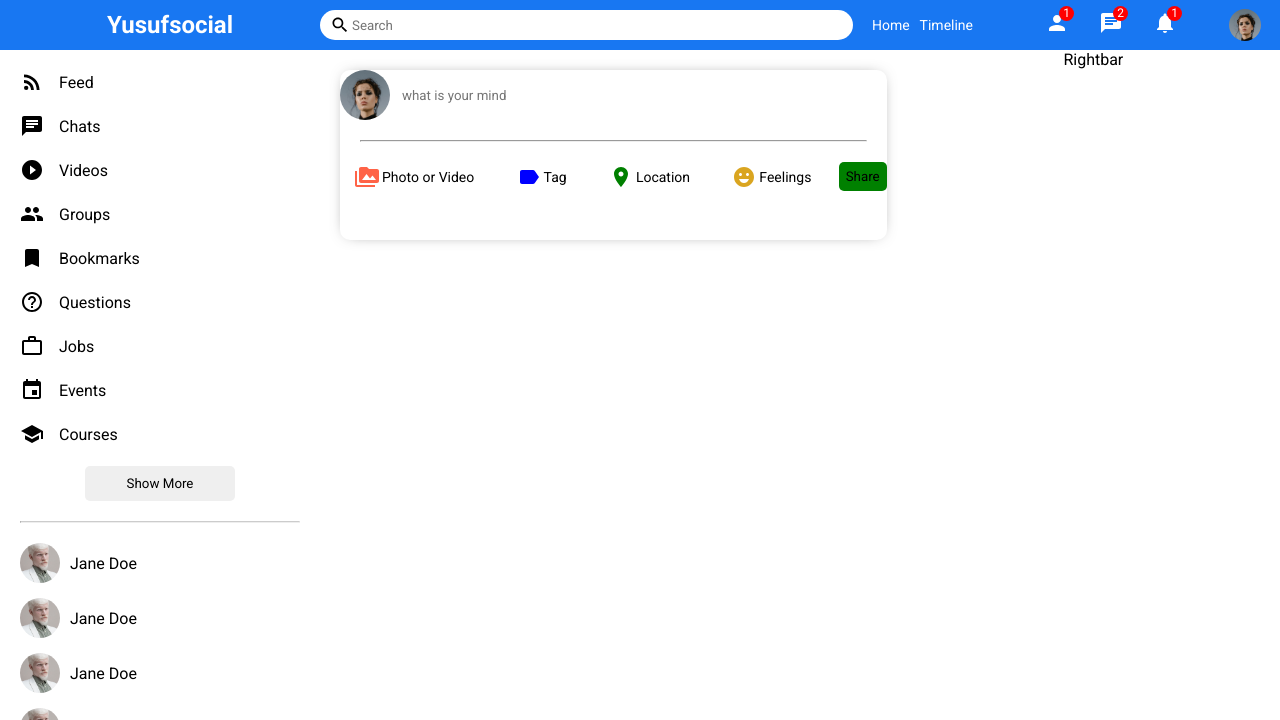
Repository: sevilgenysf/socialmediaapp
Page: /
The author's editor kept a copy of each file at every save. The page is drawn from the files as they stood at one save, then again after the next save.
The browser window is 1280 px wide. The pictures show the whole page.
The project was rebuilt for these pictures with package versions that can differ from the ones it lists, and the page was loaded fresh each time.

Above is the page before, as saved 2022-02-17 10:17:38.

### public/index.html
<!DOCTYPE html>
<html lang="en">

<head>
	<meta charset="utf-8" />
	<meta name="viewport" content="width=device-width, initial-scale=1" />
	<meta name="description" content="Web site created using create-react-app" />
	<link href="https://fonts.googleapis.com/css2?family=Roboto:ital,wght@0,300;0,400;0,700;1,500&display=swap"
		rel="stylesheet">
	<link rel="stylesheet" href="style.css">
	<title>Social App</title>
</head>

<body>
	<noscript>You need to enable JavaScript to run this app.</noscript>
	<div id="root"></div>
</body>

</html>

### src/App.js
import React from 'react';
import Home from './pages/home/Home';
import './App.css';

function App() {
	return (
		<div className="App">
			<Home />
		</div>
	);
}

export default App;

### src/pages/home/Home.jsx
import React from 'react';
import Topbar from '../../components/topbar/Topbar';
import Sidebar from '../../components/sidebar/Sidebar';
import Feed from '../../components/feed/Feed';
import Rightbar from '../../components/rightbar/Rightbar';
import './home.css';

const Home = () => {
	return (
		<>
			<Topbar />
			<div className="homeContainer">
				<Sidebar />
				<Feed />
				<Rightbar />
			</div>
		</>
	);
};

export default Home;

### src/components/topbar/Topbar.jsx
import React from 'react';
import './topbar.css';
import { Search, Person, Chat, Notifications } from '@mui/icons-material';

const Topbar = () => {
	return (
		<div className="topbarContainer">
			<div className="topbarLeft">
				<span className="logo">Yusufsocial</span>
			</div>
			<div className="topbarCenter">
				<div className="searchbar">
					<Search className="searchIcon" />
					<input type="text" placeholder="Search" className="searchInput" />
				</div>
			</div>
			<div className="topbarRight">
				<div className="topbarLink">
					<span className="topbarLink">Home</span>
					<span className="topbarLink">Timeline</span>
				</div>
				<div className="topbarIcons">
					<div className="topbarIconItem">
						<Person />
						<span className="topbarIconBadge">1</span>
					</div>
					<div className="topbarIconItem">
						<Chat />
						<span className="topbarIconBadge">2</span>
					</div>
					<div className="topbarIconItem">
						<Notifications />
						<span className="topbarIconBadge">1</span>
					</div>
				</div>
				<img src="/assets/person/1.jpeg" alt="" className="topbarImg" />
			</div>
		</div>
	);
};

export default Topbar;

### src/components/sidebar/Sidebar.jsx
import React from 'react';
import './sidebar.css';
import {
	RssFeed,
	Chat,
	PlayCircleFilledOutlined,
	Group,
	Bookmark,
	HelpOutline,
	WorkOutline,
	Event,
	School
} from '@mui/icons-material';

const Sidebar = () => {
	return (
		<div className="sidebar">
			<div className="sidebarWrapper">
				<ul className="sidebarList">
					<li className="sidebarListItem">
						<RssFeed className="sidebarIcon" />
						<span className="sidebarListItemText">Feed</span>
					</li>
					<li className="sidebarListItem">
						<Chat className="sidebarIcon" />
						<span className="sidebarListItemText">Chats</span>
					</li>
					<li className="sidebarListItem">
						<PlayCircleFilledOutlined className="sidebarIcon" />
						<span className="sidebarListItemText">Videos</span>
					</li>
					<li className="sidebarListItem">
						<Group className="sidebarIcon" />
						<span className="sidebarListItemText">Groups</span>
					</li>
					<li className="sidebarListItem">
						<Bookmark className="sidebarIcon" />
						<span className="sidebarListItemText">Bookmarks</span>
					</li>
					<li className="sidebarListItem">
						<HelpOutline className="sidebarIcon" />
						<span className="sidebarListItemText">Questions</span>
					</li>
					<li className="sidebarListItem">
						<WorkOutline className="sidebarIcon" />
						<span className="sidebarListItemText">Jobs</span>
					</li>
					<li className="sidebarListItem">
						<Event className="sidebarIcon" />
						<span className="sidebarListItemText">Events</span>
					</li>
					<li className="sidebarListItem">
						<School className="sidebarIcon" />
						<span className="sidebarListItemText">Courses</span>
					</li>
				</ul>
				<button className="sidebarButton">Show More</button>
				<hr className="sidebarHr" />
				<ul className="sidebarFriendList">
					<li className="sidebarFriend">
						<img
							className="sidebarFriendImg"
							src="/assets/person/2.jpeg"
							alt=""
						/>
						<span className="sideBarFriendName">Jane Doe</span>
					</li>
					<li className="sidebarFriend">
						<img
							className="sidebarFriendImg"
							src="/assets/person/2.jpeg"
							alt=""
						/>
						<span className="sideBarFriendName">Jane Doe</span>
					</li>
					<li className="sidebarFriend">
						<img
							className="sidebarFriendImg"
							src="/assets/person/2.jpeg"
							alt=""
						/>
						<span className="sideBarFriendName">Jane Doe</span>
					</li>
					<li className="sidebarFriend">
						<img
							className="sidebarFriendImg"
							src="/assets/person/2.jpeg"
							alt=""
						/>
						<span className="sideBarFriendName">Jane Doe</span>
					</li>
					<li className="sidebarFriend">
						<img
							className="sidebarFriendImg"
							src="/assets/person/2.jpeg"
							alt=""
						/>
						<span className="sideBarFriendName">Jane Doe</span>
					</li>
					<li className="sidebarFriend">
						<img
							className="sidebarFriendImg"
							src="/assets/person/2.jpeg"
							alt=""
						/>
						<span className="sideBarFriendName">Jane Doe</span>
					</li>
					<li className="sidebarFriend">
						<img
							className="sidebarFriendImg"
							src="/assets/person/2.jpeg"
							alt=""
						/>
						<span className="sideBarFriendName">Jane Doe</span>
					</li>
					<li className="sidebarFriend">
						<img
							className="sidebarFriendImg"
							src="/assets/person/2.jpeg"
							alt=""
						/>
						<span className="sideBarFriendName">Jane Doe</span>
					</li>
					<li className="sidebarFriend">
						<img
							className="sidebarFriendImg"
							src="/assets/person/2.jpeg"
							alt=""
						/>
						<span className="sideBarFriendName">Jane Doe</span>
					</li>
					<li className="sidebarFriend">
						<img
							className="sidebarFriendImg"
							src="/assets/person/2.jpeg"
							alt=""
						/>
						<span className="sideBarFriendName">Jane Doe</span>
					</li>
					<li className="sidebarFriend">
						<img
							className="sidebarFriendImg"
							src="/assets/person/2.jpeg"
							alt=""
						/>
						<span className="sideBarFriendName">Jane Doe</span>
					</li>
				</ul>
			</div>
		</div>
	);
};

export default Sidebar;

### src/components/feed/Feed.jsx
import React from 'react';
import './feed.css';
import Share from '../../components/share/Share';

const Feed = () => {
	return (
		<div className="feed">
			<div className="feedWrapper">
				<Share />
			</div>
		</div>
	);
};

export default Feed;

### src/components/rightbar/Rightbar.jsx
import React from 'react';
import './rightbar.css';

const Rightbar = () => {
	return <div className="rightbar">Rightbar</div>;
};

export default Rightbar;

### src/pages/home/home.css
.homeContainer {
	display: flex;
	width: 100%;
}

### src/components/topbar/topbar.css
.topbarContainer {
	height: 50px;
	width: 100%;
	background-color: #1877f2;
	display: flex;
	align-items: center;
	position: sticky;
	top: 0;
}

.topbarLeft {
	flex: 3;
}

.logo {
	font-size: 24px;
	margin-left: 20px;
	font-weight: bold;
	color: #fff;
	cursor: pointer;
}

.topbarCenter {
	flex: 5;
}

.searchbar {
	width: 100%;
	height: 30px;
	background-color: #fff;
	border-radius: 30px;
	display: flex;
	align-items: center;
}

.searchIcon {
	font-size: 20px !important;
	margin-left: 10px;
}


.searchInput {
	border: none;
	width: 70%;
}

.searchInput:focus {
	outline: none;
}

.topbarRight {
	display: flex;
	align-items: center;
	justify-content: space-around;
	flex: 4;
	color: #fff;
}

.topbarLink {
	margin-right: 10px;
	font-size: 14px;
	cursor: pointer;
}

.topbarIcons {
	display: flex;
}

.topbarIconItem {
	margin: 15px;
	cursor: pointer;
	position: relative;
}

.topbarIconBadge {
	width: 15px;
	height: 15px;
	background-color: red;
	border-radius: 50%;
	color: #fff;
	position: absolute;
	top: -5px;
	right: -5px;
	align-items: center;
	justify-content: center;
	font-size: 12px;
}

.topbarImg {
	width: 32px;
	height: 32px;
	border-radius: 50%;
	object-fit: cover;
	cursor: pointer;
}

### src/components/sidebar/sidebar.css
.sidebar {
	flex: 3;
	height: calc(100vh - 50px);
	overflow-y: scroll;
}

::-webkit-scrollbar {
	width: 5px;
}

::-webkit-scrollbar-track {
	background: #f1f1f1;
}

::-webkit-scrollbar-thumb {
	background-color: rgb(167, 160, 160);
}

.sidebarWrapper {
	padding: 20px;
}

.sidebarList {
	padding: 0;
	margin: 0;
	list-style: none;
}

.sidebarListItem {
	display: flex;
	align-items: center;
	margin-bottom: 20px;
}

.sidebarIcon {
	margin-right: 15px;
}

.sidebarButton {
	width: 150px;
	border: none;
	padding: 10px;
	border-radius: 5px;
	font-weight: 500;
}

.sidebarHr {
	margin: 20px 0;
	border-top: 1px solid #ccc;
}

.sidebarFriendList {
	padding: 0;
	margin: 0;
	list-style: none;
}

.sidebarFriend {
	display: flex;
	align-items: center;
	margin-bottom: 15px;
}

.sidebarFriendImg {
	width: 40px;
	height: 40px;
	border-radius: 50%;
	object-fit: cover;
	margin-right: 10px;
}

### src/components/feed/feed.css
.feed {
	flex: 5.5;
}

.feedWrapper {
	padding: 20px;
}

### src/components/share/Share.jsx
import React from 'react';
import './share.css';
import { PermMedia, Label, Room, EmojiEmotions } from '@mui/icons-material';

const Share = () => {
	return (
		<div className="share">
			<div className="containerWrapper">
				<div className="shareTop">
					<img className="shareProfileImg" src="/assets/person/1.jpeg" alt="" />
					<input
						className="shareInput"
						type="text"
						placeholder="what is your mind"
					/>
				</div>
				<hr className="shareHr" />
				<div className="shareBottom">
					<div className="shareOptions">
						<div className="shareOption">
							<PermMedia htmlColor="tomato" className="shareIcon" />
							<span className="shareOptionText">Photo or Video</span>
						</div>
					</div>
					<div className="shareOptions">
						<div className="shareOption">
							<Label htmlColor="blue" className="shareIcon" />
							<span className="shareOptionText">Tag</span>
						</div>
					</div>
					<div className="shareOptions">
						<div className="shareOption">
							<Room htmlColor="green" className="shareIcon" />
							<span className="shareOptionText">Location</span>
						</div>
					</div>
					<div className="shareOptions">
						<div className="shareOption">
							<EmojiEmotions htmlColor="goldenrod" className="shareIcon" />
							<span className="shareOptionText">Feelings</span>
						</div>
					</div>
					<button className="shareButton">Share</button>
				</div>
			</div>
		</div>
	);
};

export default Share;

### src/components/rightbar/rightbar.css
.rightbar {
	flex: 3.5;
}

### src/components/share/share.css
.share {
	width: 100%;
	height: 170px;
	border-radius: 10px;
	-webkit-box-shadow: 0px 0px 16px -8px rgba(0,0,0,0.75);
	box-shadow: 0px 0px 16px -8px rgba(0,0,0,0.68);
}

.shareWrapper {
	padding: 10px;
}

.shareTop {
	display: flex;
	align-items: center;
}

.shareProfileImg {
	width: 50px;
	height: 50px;
	border-radius: 50%;
	object-fit: cover;
	margin-right: 10px;
}

.shareInput {
	border: none;
	width: 80%;
}

.shareInput:focus {
	outline: none;
}

.shareHr {
	margin: 20px;
}

.shareBottom {
	display: flex;
	align-items: center;
	justify-content: space-between;
}

.shareOptions {
	display: flex;
	margin-left: 15px;
}

.shareOption {
	display: flex;
	align-items: center;
	margin-right: 15px;
	cursor: pointer;
}

.shareIcon {
	font-size: 18px;
	margin-right: 3px;
}

.shareOptionText {
	font-size: 14px;
}

.shareButton {
	border: none;
	padding: 7px;
	border-radius: 5px;
	background-color: green;
	font-weight: 500;
}

### public/style.css
* {
	margin: 0;
	font-family: 'Roboto', sans-serif ;
}

Loaded but not shown: src/index.js (common file); src/index.css (common file); src/App.css (common file)

After the next save:
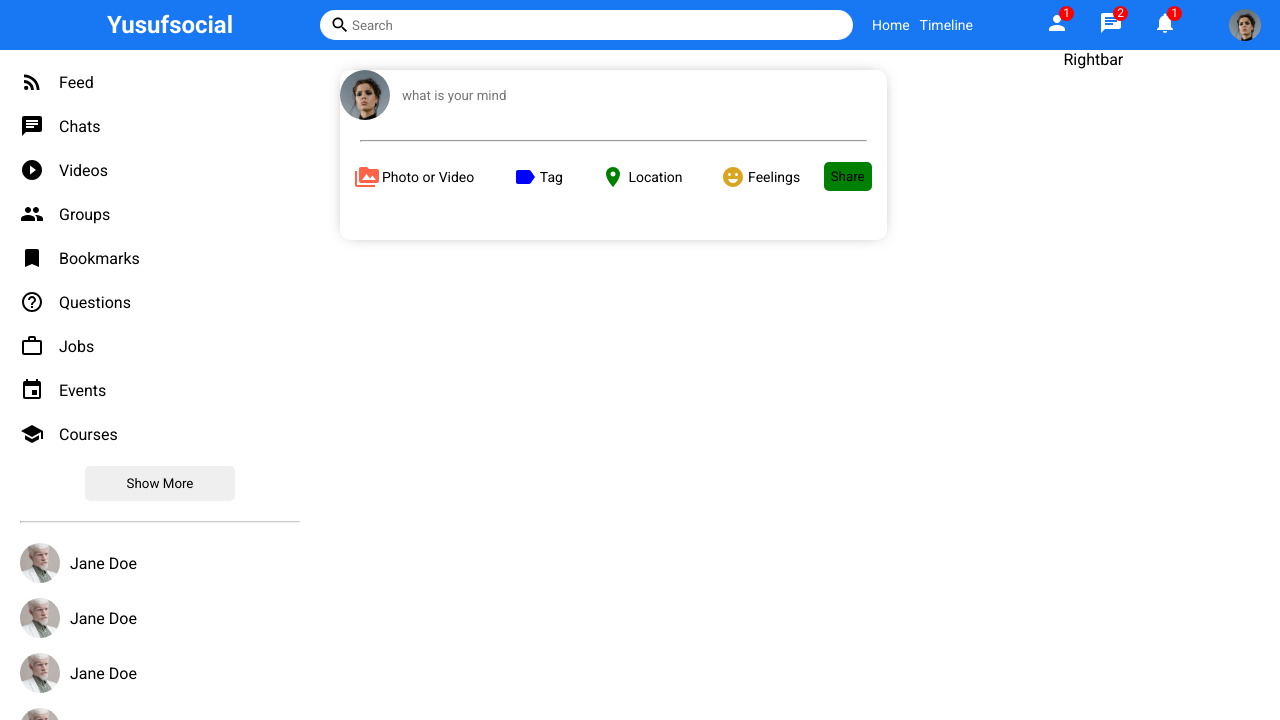
Saved 24 s later.
--- a/src/components/share/share.css
+++ b/src/components/share/share.css
@@ -69,4 +69,5 @@
 	border-radius: 5px;
 	background-color: green;
 	font-weight: 500;
+	margin-right: 15px;
 }
